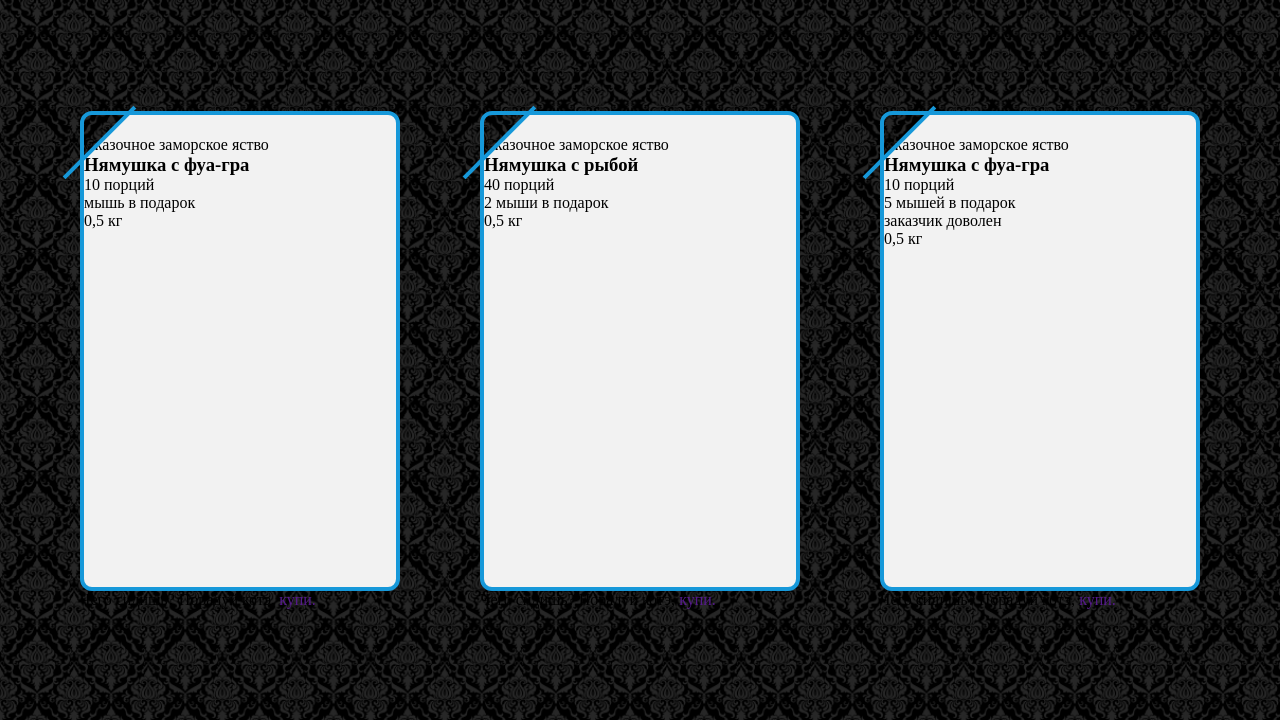
Repository: acbukka/tech-qt
Page: index.html
The author's editor kept a copy of each file at every save. The page is drawn from the files as they stood at one save, then again after the next save.
The browser window is 1280 px wide. The pictures show the whole page.

Above is the page before, as saved 2022-06-17 17:01:56.

### index.html
<!DOCTYPE html>
<html lang="en">

<head>
  <meta charset="UTF-8">
  <meta http-equiv="X-UA-Compatible" content="IE=edge">
  <meta name="viewport" content="width=device-width, initial-scale=1.0">
  <title>Template</title>
  <link rel="stylesheet" href="./src/style.css">
</head>

<body class="body">

  <main class="main">
    <div class="container">
      <div class="cards-wrapper">

        <div class="card-inner">
          <div class="card-item">
            <p class="card-item__pre-title">
              Сказочное заморское яство
            </p>
            <h3 class="card-item__title">
              Нямушка
              <span class="card-item__title-span">
                с фуа-гра
              </span>
            </h3>
            <ul class="card-item__pref-list">
              <li class="card-item__pref">
                <span class="card-item__pref-span">10</span> порций
              </li>
              <li class="card-item__pref">
                <span class="card-item__pref-span"></span>мышь в подарок
              </li>
            </ul>
            <div class="card-item__price">0,5 кг</div>
          </div>
          <p class="card-inner__info">
            Чего сидишь? Порадуй котэ, <a href="" class="card-inner__info-link">купи.</a>
          </p>
        </div>

        <div class="card-inner">
          <div class="card-item">
            <p class="card-item__pre-title">
              Сказочное заморское яство
            </p>
            <h3 class="card-item__title">
              Нямушка
              <span class="card-item__title-span">
                с рыбой
              </span>
            </h3>
            <ul class="card-item__pref-list">
              <li class="card-item__pref">
                <span class="card-item__pref-span">40</span> порций
              </li>
              <li class="card-item__pref">
                <span class="card-item__pref-span">2</span> мыши в подарок
              </li>
            </ul>
            <div class="card-item__price">0,5 кг</div>
          </div>
          <p class="card-inner__info">
            Чего сидишь? Порадуй котэ, <a href="" class="card-inner__info-link">купи.</a>
          </p>
        </div>

        <div class="card-inner">
          <div class="card-item">
            <p class="card-item__pre-title">
              Сказочное заморское яство
            </p>
            <h3 class="card-item__title">
              Нямушка
              <span class="card-item__title-span">
                с фуа-гра
              </span>
            </h3>
            <ul class="card-item__pref-list">
              <li class="card-item__pref">
                <span class="card-item__pref-span">10</span> порций
              </li>
              <li class="card-item__pref">
                <span class="card-item__pref-span">5</span> мышей в подарок
              </li>
              <li class="card-item__pref">
                заказчик доволен
              </li>
            </ul>
            <div class="card-item__price">0,5 кг</div>
          </div>
          <p class="card-inner__info">
            Чего сидишь? Порадуй котэ, <a href="" class="card-inner__info-link">купи.</a>
          </p>
        </div>

      </div>
    </div>
  </main>

</body>

</html>

### src/style.css
html {
  -webkit-box-sizing: border-box;
  box-sizing: border-box;
  scroll-behavior: smooth;
}

*,
*::after,
*::before {
  -webkit-box-sizing: inherit;
  box-sizing: inherit;
  -webkit-tap-highlight-color: transparent;
}

ul[class],
ol[class] {
  padding: 0;
}

body,
h1,
h2,
h3,
h4,
h5,
h6,
p,
ul[class],
ol[class],
li,
figure,
figcaption,
blockquote,
dl,
dd {
  margin: 0;
}

ul[class] {
  list-style: none;
}

img {
  max-width: 100%;
  display: block;
}

input,
button,
textarea,
select {
  font: inherit;
}

a {
  text-decoration: none;
}

.body {
  background-image: url(../assets/Pattern.jpg);
  background-repeat: no-repeat;
  background-size: cover;
}

.main {
  height: 100vh;
  display: flex;
  align-items: center;
}

.container {
  margin-top: 50%;
  max-width: 1120px;
  margin: 0 auto;
}

.cards-wrapper {
  width: 1120px;
  display: flex;
  justify-content: space-between;
}

.card-item {
  /* overflow: hidden; */
  position: relative;
  display: block;
  width: 320px;
  height: 480px;
  background-color: #F2F2F2;
  border-top-left-radius: 20% 10%;
  /* border-bottom-left-radius: 20%; */
  border: 4px solid #1698D9;
  /* border-top-left-radius: 4px ; */
  /* border-left: 20px solid #1698D9; */
  border-radius: 12px;
  background: linear-gradient(-225deg, transparent 30px, #F2F2F2 0);
}

.card-item::before {
  /* z-index: 999; */
  /* background-image: url(../assets/Pattern.jpg); */
  content: "";
  /* opacity: 0.5; */
  position: absolute;
  width: 110px;
  height: 100px;
  /* background: transparent; */
  overflow: hidden;
  left: -24.69%;
  right: 85.8%;
  top: -12.77%;
  bottom: 88.32%;
  border-right: 4px solid #1698D9;
  transform:  rotate(45deg);
}
/* .card-item::before {
  overflow: hidden;
  content: "";
  position: absolute;
  width: 110px;
  height: 100px;
  background: #F2F2F2;
  overflow: hidden;
  left: 0.31%;
  right: 85.8%;
  top: 3.23%;
  bottom: 88.32%;
  border-left: 4px solid #1698D9;
  transform:  rotate(45deg);
} */


.cards-wrapper
.card-inner + .card-inner {
  margin-left: 5rem;
}

.card-item__pre-title {
  margin-top: 21px;
}

After the next save:
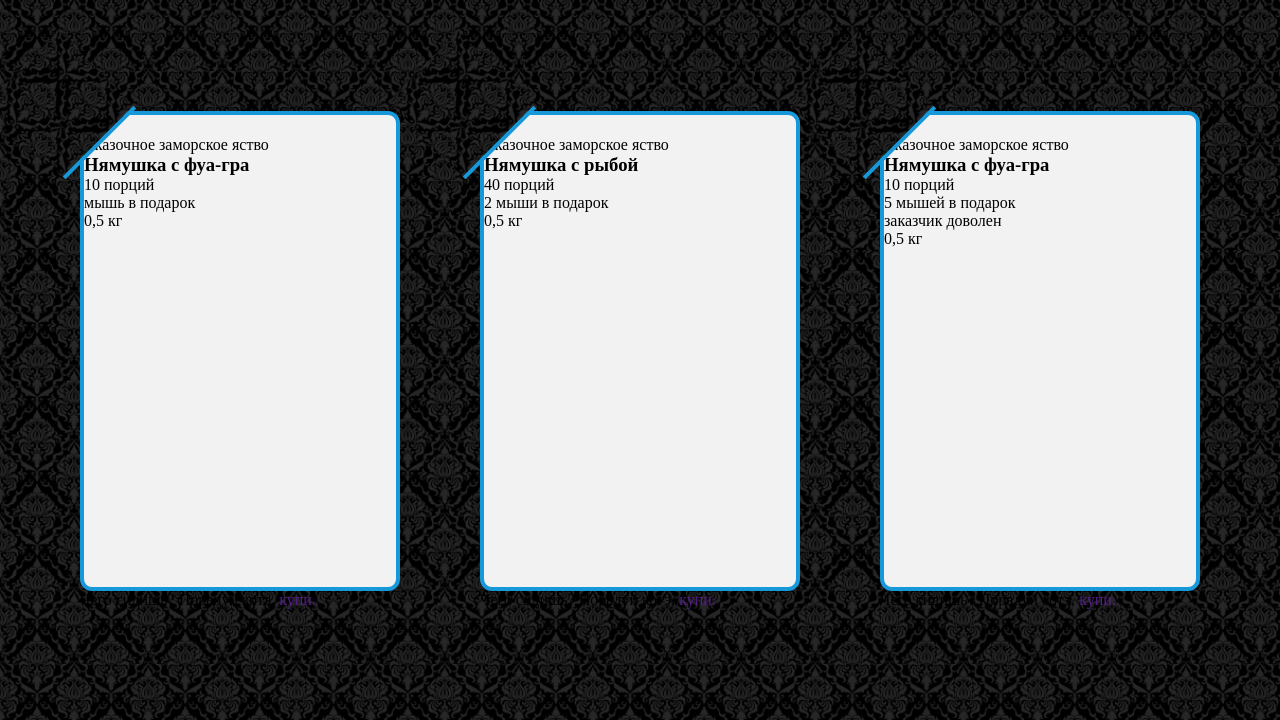
Saved 52 s later.
--- a/src/style.css
+++ b/src/style.css
@@ -98,7 +98,7 @@
 
 .card-item::before {
   /* z-index: 999; */
-  /* background-image: url(../assets/Pattern.jpg); */
+  background-image: url(../assets/Pattern.jpg);
   content: "";
   /* opacity: 0.5; */
   position: absolute;

After the save that followed:
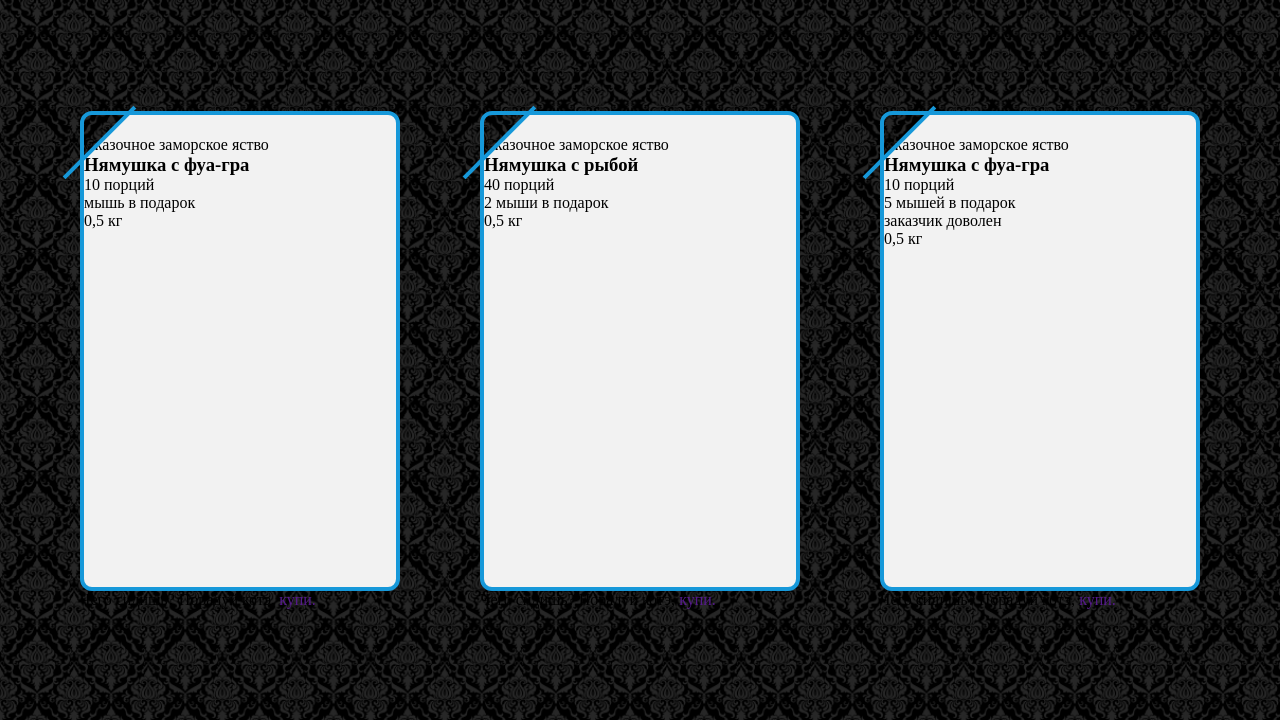
Saved 2 min 28 s later.
--- a/src/style.css
+++ b/src/style.css
@@ -98,7 +98,7 @@
 
 .card-item::before {
   /* z-index: 999; */
-  background-image: url(../assets/Pattern.jpg);
+  /* background-image: url(../assets/Pattern.jpg); */
   content: "";
   /* opacity: 0.5; */
   position: absolute;
